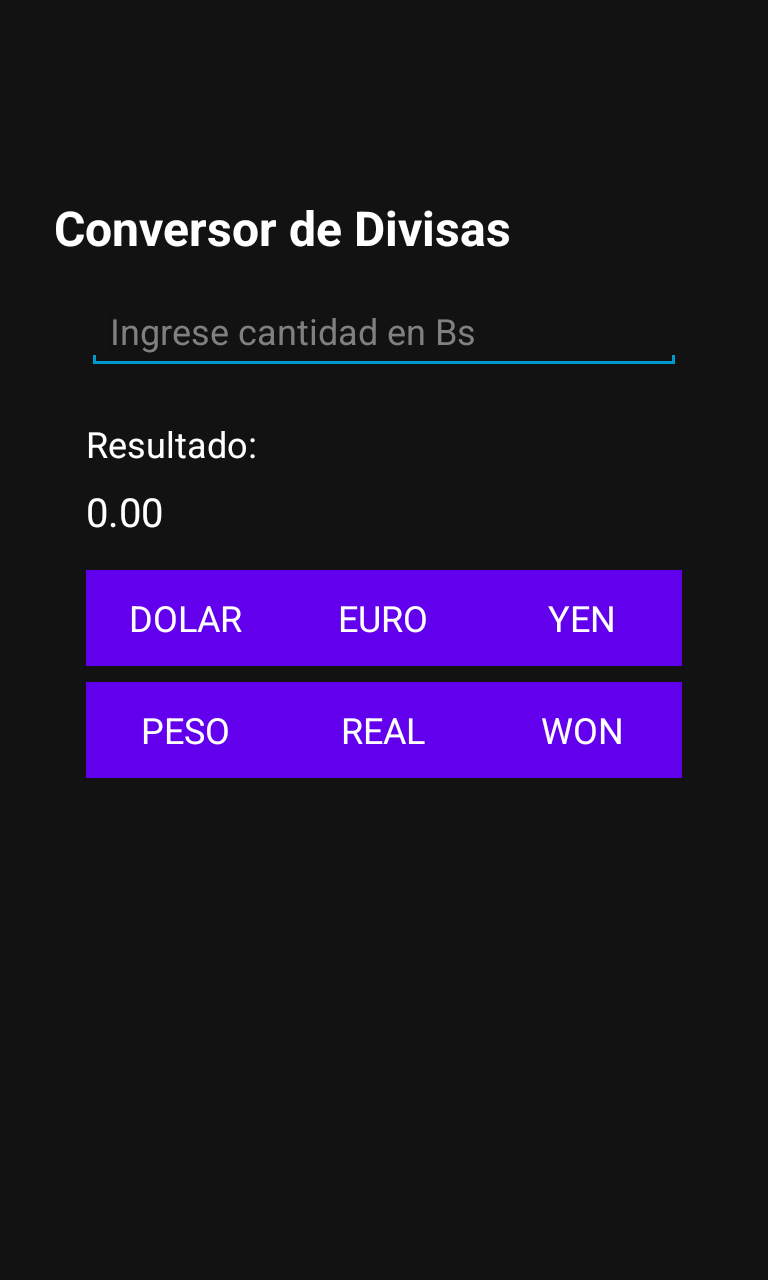
Repository: NeilEyner/AppComunidad
Layout: Cambio/res/layout/activity_main.xml
The author's editor kept a copy of each file at every save. The layout is drawn from the files as they stood at one save, then again after the next save.
It is drawn on a 768 x 1280 px phone screen (xhdpi) without system bars, with theme AppTheme; the app's code is not run.

Above is the layout before, as saved 2024-08-20 00:26:32.

### Cambio/res/layout/activity_main.xml
<LinearLayout xmlns:android="http://schemas.android.com/apk/res/android"
    xmlns:tools="http://schemas.android.com/tools"
    android:layout_width="match_parent"
    android:layout_height="match_parent"
    android:background="#121212"
    android:gravity="center"
    android:orientation="vertical"
    android:paddingBottom="@dimen/activity_vertical_margin"
    android:paddingLeft="@dimen/activity_horizontal_margin"
    android:paddingRight="@dimen/activity_horizontal_margin"
    android:paddingTop="@dimen/activity_vertical_margin"
    tools:context=".MainActivity" >

    <ScrollView
        android:id="@+id/scrollView1"
        android:layout_width="330dp"
        android:layout_height="577dp" >

        <LinearLayout
            android:layout_width="match_parent"
            android:layout_height="match_parent"
            android:orientation="vertical" >

            <LinearLayout
                android:layout_width="match_parent"
                android:layout_height="wrap_content"
                android:layout_marginTop="42dp"
                android:orientation="vertical" >

                <TextView
                    android:id="@+id/titleText"
                    android:layout_width="wrap_content"
                    android:layout_height="wrap_content"
                    android:layout_marginTop="24dp"
                    android:gravity="center"
                    android:text="Conversor de Divisas"
                    android:textColor="#ffffff"
                    android:textSize="24sp"
                    android:textStyle="bold" />

                <EditText
                    android:id="@+id/editText1"
                    android:layout_width="match_parent"
                    android:layout_height="wrap_content"
                    android:layout_marginLeft="16dp"
                    android:layout_marginRight="16dp"
                    android:layout_marginTop="16dp"
                    android:ems="10"
                    android:hint="Ingrese cantidad en Bs"
                    android:textColor="#ffffff" >

                    <requestFocus />
                </EditText>

                <TextView
                    android:id="@+id/textView1"
                    android:layout_width="wrap_content"
                    android:layout_height="wrap_content"
                    android:layout_marginLeft="16dp"
                    android:layout_marginRight="16dp"
                    android:layout_marginTop="24dp"
                    android:text="Resultado:"
                    android:textColor="#ffffff"
                    android:textSize="18sp" />

                <TextView
                    android:id="@+id/resultText"
                    android:layout_width="wrap_content"
                    android:layout_height="wrap_content"
                    android:layout_marginLeft="16dp"
                    android:layout_marginRight="16dp"
                    android:layout_marginTop="8dp"
                    android:text="0.00"
                    android:textColor="#ffffff"
                    android:textSize="20sp" />
            </LinearLayout>

            <LinearLayout
                android:layout_width="match_parent"
                android:layout_height="wrap_content"
                android:layout_marginTop="16dp"
                android:gravity="center_horizontal"
                android:orientation="horizontal"
                android:paddingLeft="16dp"
                android:paddingRight="16dp" >

                <Button
                    android:id="@+id/button1"
                    android:layout_width="0dp"
                    android:layout_height="wrap_content"
                    android:layout_weight="1"
                    android:background="#6200EE"
                    android:minHeight="48dp"
                    android:minWidth="0dp"
                    android:text="DOLAR"
                    android:textColor="#ffffff" />

                <Button
                    android:id="@+id/button2"
                    android:layout_width="0dp"
                    android:layout_height="wrap_content"
                    android:layout_weight="1"
                    android:background="#6200EE"
                    android:minHeight="48dp"
                    android:minWidth="0dp"
                    android:text="EURO"
                    android:textColor="#ffffff" />

                <Button
                    android:id="@+id/button3"
                    android:layout_width="0dp"
                    android:layout_height="wrap_content"
                    android:layout_weight="1"
                    android:background="#6200EE"
                    android:minHeight="48dp"
                    android:minWidth="0dp"
                    android:text="YEN"
                    android:textColor="#ffffff" />
            </LinearLayout>

            <LinearLayout
                android:layout_width="match_parent"
                android:layout_height="wrap_content"
                android:layout_marginTop="8dp"
                android:gravity="center_horizontal"
                android:orientation="horizontal"
                android:paddingLeft="16dp"
                android:paddingRight="16dp" >

                <Button
                    android:id="@+id/button4"
                    android:layout_width="0dp"
                    android:layout_height="wrap_content"
                    android:layout_weight="1"
                    android:background="#6200EE"
                    android:minHeight="48dp"
                    android:minWidth="0dp"
                    android:text="PESO"
                    android:textColor="#ffffff" />

                <Button
                    android:id="@+id/button5"
                    android:layout_width="0dp"
                    android:layout_height="wrap_content"
                    android:layout_weight="1"
                    android:background="#6200EE"
                    android:minHeight="48dp"
                    android:minWidth="0dp"
                    android:text="REAL"
                    android:textColor="#ffffff" />

                <Button
                    android:id="@+id/button6"
                    android:layout_width="0dp"
                    android:layout_height="wrap_content"
                    android:layout_weight="1"
                    android:background="#6200EE"
                    android:minHeight="48dp"
                    android:minWidth="0dp"
                    android:text="WON"
                    android:textColor="#ffffff" />
            </LinearLayout>

        </LinearLayout>
    </ScrollView>

</LinearLayout>

Loaded but not shown: Cambio/res/values/styles.xml (common file); Cambio/res/values-v11/styles.xml (common file); Cambio/res/values-v14/styles.xml (common file); Cambio/res/values/dimens.xml (common file)

After the next save:
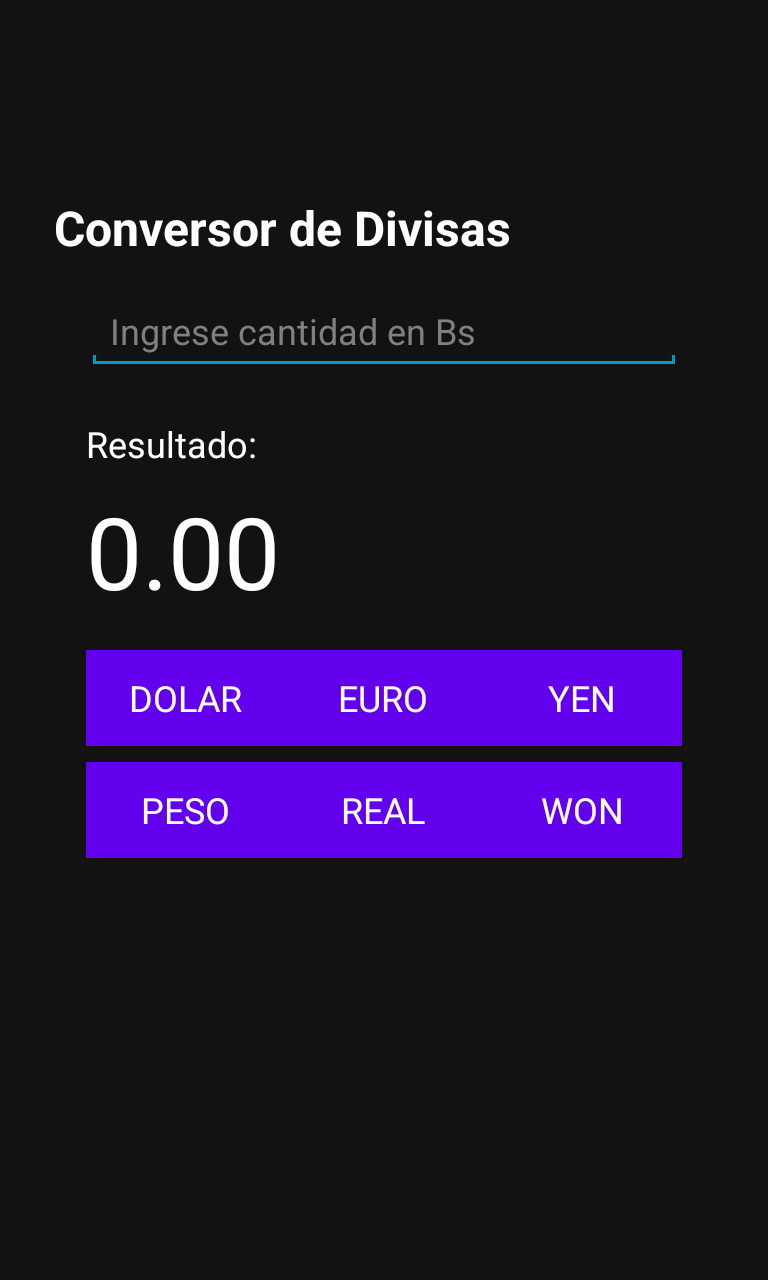
Saved 2 min 18 s later.
--- a/Cambio/res/layout/activity_main.xml
+++ b/Cambio/res/layout/activity_main.xml
@@ -72,7 +72,7 @@
                     android:layout_marginTop="8dp"
                     android:text="0.00"
                     android:textColor="#ffffff"
-                    android:textSize="20sp" />
+                    android:textSize="50sp" />
             </LinearLayout>
 
             <LinearLayout
